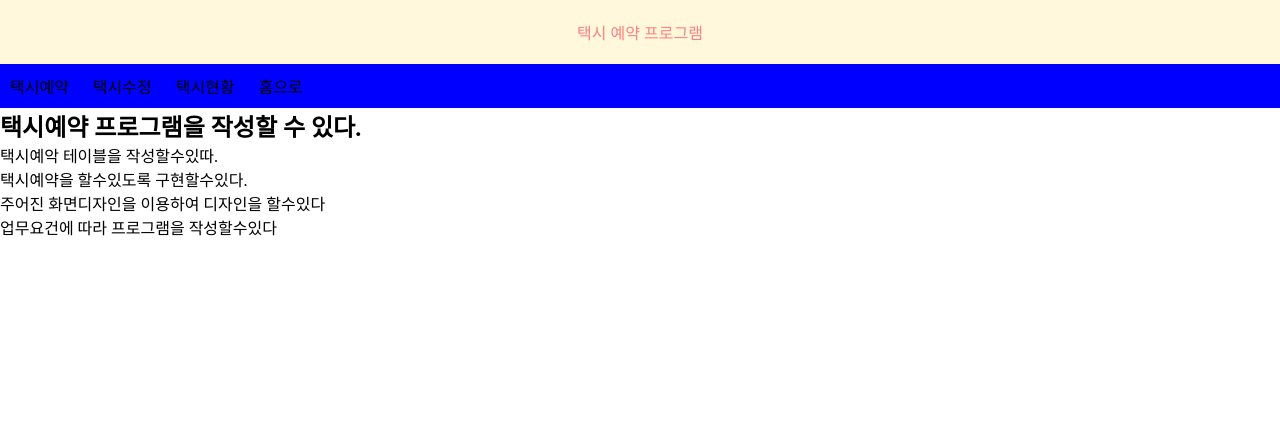
Repository: mvcfvsgdj/javaee
Page: http://localhost/prj0828/
These files come from the project's save history. The page is drawn as it stood at one moment and after the next save; the edit follows.
The browser window is 1280 px wide. The pictures show the whole page.
The page is served by Tomcat 9.

Above is the page before, as saved 2023-08-28 02:58:57.

After the next save:
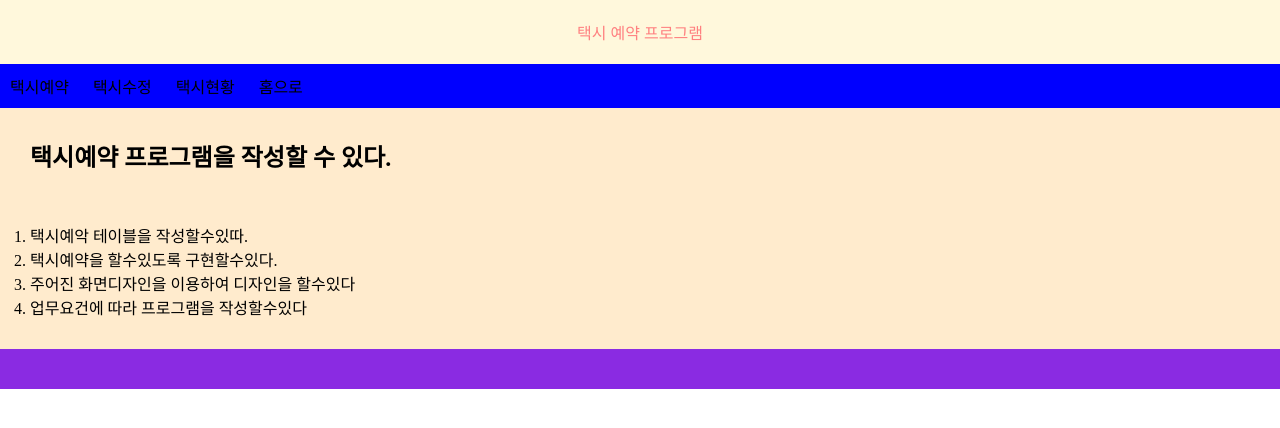
Saved 72 s later.
--- a/prj0828/src/main/webapp/css/index.css
+++ b/prj0828/src/main/webapp/css/index.css
@@ -24,3 +24,16 @@
 	display: inline-block;
 	padding-right:20px ;
 }
+
+section{
+	background-color: blanchedalmond;
+	padding: 30px;
+}
+section ol{
+	margin-top:50px;
+
+}
+footer{
+	padding: 20px;
+	background-color: blueviolet;
+}
